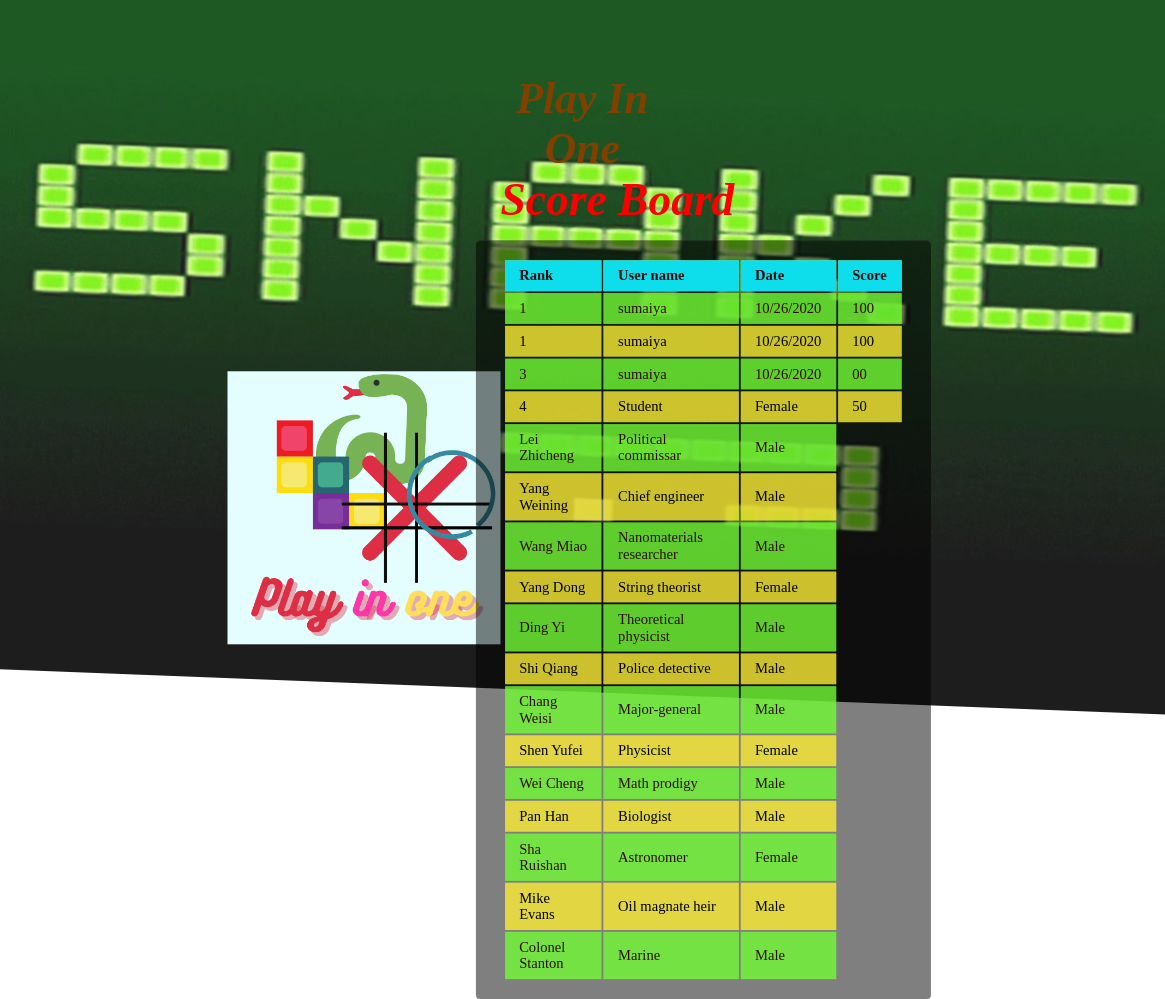
Repository: Syeda-Somiya-Tasnim/Game-Develepment-Project
Page: hs-snake.html
These files come from the project's save history. The page is drawn as it stood at one moment and after a run of saves; the edit follows.
The browser window is 1280 px wide. The pictures show the whole page, at 91% of full size.

Above is the page before, as saved 2020-10-26 12:58:47.

After the next 2 saves:
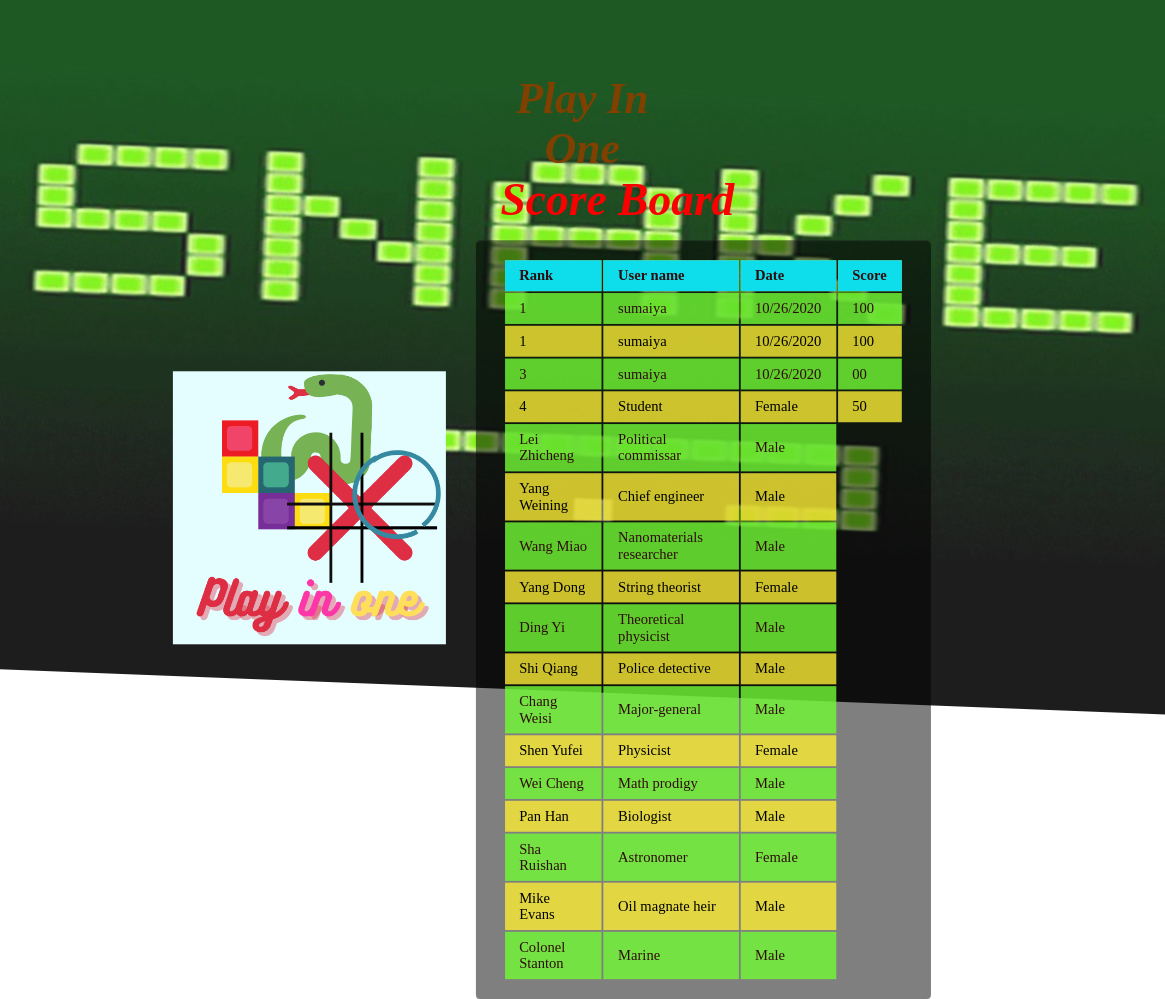
The 2 saves are shown as one change because they came seconds apart.
The last was saved 17 s later.
--- a/hs-snake.css
+++ b/hs-snake.css
@@ -80,7 +80,7 @@
 			position: relative;
             width: 300px;
             top: 10%;
-            right: 100%;
+            right: 120%;
 
 		}
 .main_div{
